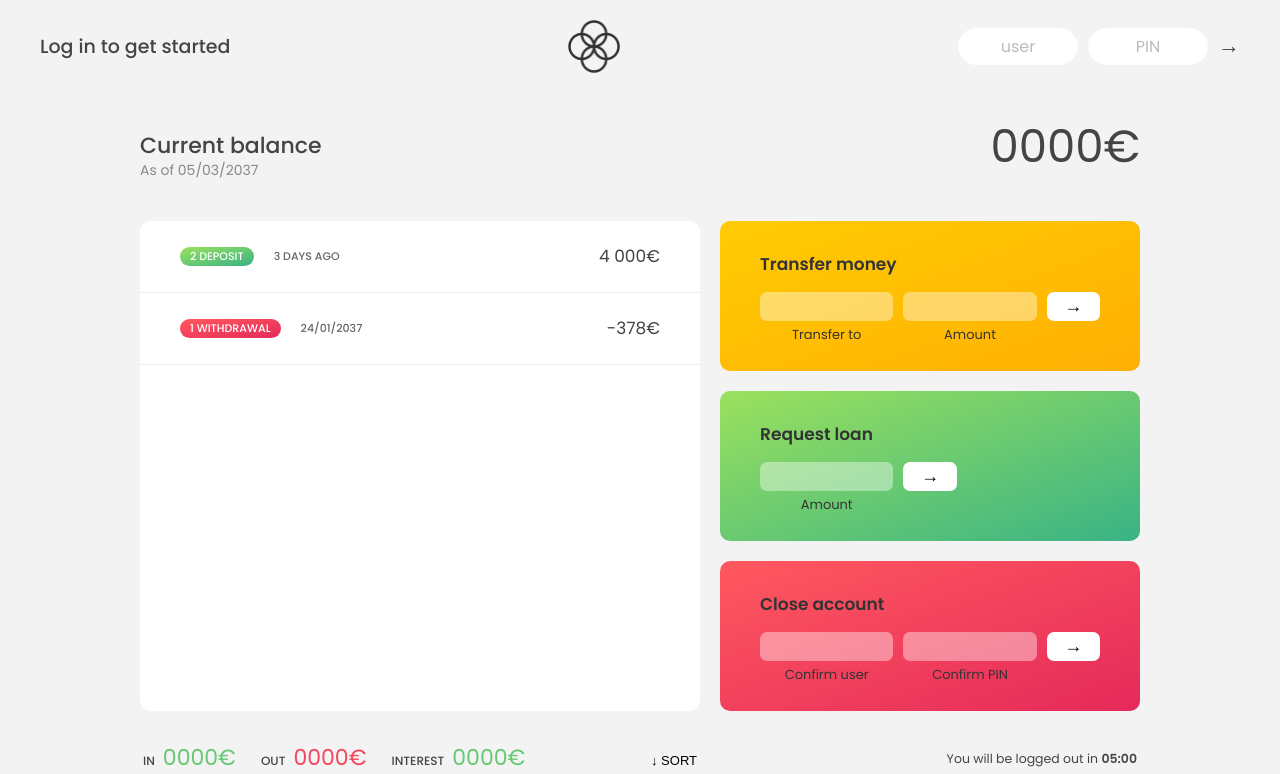
Repository: otvertka/jsc_11
Page: index.html
An editor plug-in stored every save of this project. The page is shown before and after the next save, followed by the edit.
The browser window is 1280 px wide. The pictures show the whole page.
An inner scrolling area shows only its first screen.

Above is the page before, as saved 2023-02-04 11:29:21.
Console error: SyntaxError: Malformed arrow function parameter list

### index.html
<!DOCTYPE html>
<html lang="en">
  <head>
    <meta charset="UTF-8" />
    <meta name="viewport" content="width=device-width, initial-scale=1.0" />
    <meta http-equiv="X-UA-Compatible" content="ie=edge" />
    <link rel="shortcut icon" type="image/png" href="/icon.png" />

    <link
      href="https://fonts.googleapis.com/css?family=Poppins:400,500,600&display=swap"
      rel="stylesheet"
    />

    <link rel="stylesheet" href="style.css" />
    <title>Bankist</title>
  </head>
  <body>
    <!-- TOP NAVIGATION -->
    <nav>
      <p class="welcome">Log in to get started</p>
      <img src="logo.png" alt="Logo" class="logo" />
      <form class="login">
        <input
          type="text"
          placeholder="user"
          class="login__input login__input--user"
        />
        <!-- In practice, use type="password" -->
        <input
          type="text"
          placeholder="PIN"
          maxlength="4"
          class="login__input login__input--pin"
        />
        <button class="login__btn">&rarr;</button>
      </form>
    </nav>

    <main class="app">
      <!-- BALANCE -->
      <div class="balance">
        <div>
          <p class="balance__label">Current balance</p>
          <p class="balance__date">
            As of <span class="date">05/03/2037</span>
          </p>
        </div>
        <p class="balance__value">0000€</p>
      </div>

      <!-- MOVEMENTS -->
      <div class="movements">
        <div class="movements__row">
          <div class="movements__type movements__type--deposit">2 deposit</div>
          <div class="movements__date">3 days ago</div>
          <div class="movements__value">4 000€</div>
        </div>
        <div class="movements__row">
          <div class="movements__type movements__type--withdrawal">
            1 withdrawal
          </div>
          <div class="movements__date">24/01/2037</div>
          <div class="movements__value">-378€</div>
        </div>
      </div>

      <!-- SUMMARY -->
      <div class="summary">
        <p class="summary__label">In</p>
        <p class="summary__value summary__value--in">0000€</p>
        <p class="summary__label">Out</p>
        <p class="summary__value summary__value--out">0000€</p>
        <p class="summary__label">Interest</p>
        <p class="summary__value summary__value--interest">0000€</p>
        <button class="btn--sort">&downarrow; SORT</button>
      </div>

      <!-- OPERATION: TRANSFERS -->
      <div class="operation operation--transfer">
        <h2>Transfer money</h2>
        <form class="form form--transfer">
          <input type="text" class="form__input form__input--to" />
          <input type="number" class="form__input form__input--amount" />
          <button class="form__btn form__btn--transfer">&rarr;</button>
          <label class="form__label">Transfer to</label>
          <label class="form__label">Amount</label>
        </form>
      </div>

      <!-- OPERATION: LOAN -->
      <div class="operation operation--loan">
        <h2>Request loan</h2>
        <form class="form form--loan">
          <input type="number" class="form__input form__input--loan-amount" />
          <button class="form__btn form__btn--loan">&rarr;</button>
          <label class="form__label form__label--loan">Amount</label>
        </form>
      </div>

      <!-- OPERATION: CLOSE -->
      <div class="operation operation--close">
        <h2>Close account</h2>
        <form class="form form--close">
          <input type="text" class="form__input form__input--user" />
          <input
            type="password"
            maxlength="6"
            class="form__input form__input--pin"
          />
          <button class="form__btn form__btn--close">&rarr;</button>
          <label class="form__label">Confirm user</label>
          <label class="form__label">Confirm PIN</label>
        </form>
      </div>

      <!-- LOGOUT TIMER -->
      <p class="logout-timer">
        You will be logged out in <span class="timer">05:00</span>
      </p>
    </main>

    <!-- <footer>
      &copy; by Jonas Schmedtmann. Don't claim as your own :)
    </footer> -->

    <script src="script.js"></script>
  </body>
</html>

### script.js
'use strict';

/////////////////////////////////////////////////
/////////////////////////////////////////////////

// /////////////////////////////////////////////////
// /////////////////////////////////////////////////
// // LECTURES

// const currencies = new Map([
//   ['USD', 'United States dollar'],
//   ['EUR', 'Euro'],
//   ['GBP', 'Pound sterling'],
// ]);

// const movements = [200, 450, -400, 3000, -650, -130, 70, 1300];

// /////////////////////////////////////////////////

// // 1
// let arr = ['a', 'b', 'c', 'd', 'e'];

// // SLICE . Метод slice() возвращает новый массив, содержащий копию части исходного массива.
// //// SYNTAX  arr.slice([begin[, end]])

// console.log(arr.slice(2)); // c, d, e
// console.log(arr);
// console.log(arr.slice(2, 4)); // c, d
// console.log(arr.slice(-2)); // d, e
// console.log(arr.slice(-1)); // LAST ELEM e
// console.log(arr.slice(1, -2)); // b, c

// console.log(arr.slice()); //  ['a', 'b', 'c', 'd', 'e']  Копирует весь массив
// console.log([...arr]); //  ['a', 'b', 'c', 'd', 'e']  Копирует весь массив SPREAD

// // SPLICE Метод splice() изменяет содержимое массива, удаляя существующие элементы и/или добавляя новые.
// // // SYNTAX  array.splice(start[, deleteCount[, item1[, item2[, ...]]]])

// // console.log(arr.splice(2)); // c, d, e
// arr.splice(-1); // удаляет последний элемент в массиве
// console.log(arr); //  ['a', 'b', 'c', 'd']
// arr.splice(1, 2); // удаляет 2 элемента , начиная с 1
// console.log(arr); // [a, d]

// // REVERSE  . Метод reverse() на месте обращает порядок следования элементов массива. Первый элемент массива становится последним, а последний — первым.
// ///// SYNTAX  array.reverse()

// arr = ['a', 'b', 'c', 'd', 'e'];
// const arr2 = ['j', 'i', 'h', 'g', 'f'];
// console.log(arr2.reverse()); //['f', 'g', 'h', 'i', 'j']
// console.log(arr2); // Изменяет основной массив ['f', 'g', 'h', 'i', 'j']

// // CONCAT / Метод concat() возвращает новый массив, состоящий из массива, на котором он был вызван,
// //             соединённого с другими массивами и/или значениями, переданными в качестве аргументов.
// // SYNTAX   var new_array = old_array.concat(value1[, value2[, ...[, valueN]]])

// const letters = arr.concat(arr2);
// console.log(letters); // ['a', 'b', 'c', 'd', 'e', 'f', 'g', 'h', 'i', 'j']
// console.log([...arr, ...arr2]); //  ['a', 'b', 'c', 'd', 'e', 'f', 'g', 'h', 'i', 'j']

// // JOIN  Метод join() объединяет все элементы массива (или массивоподобного объекта) в строку.
// // SYNTAX
// console.log(letters.join(' - ')); // a - b - c - d - e - f - g - h - i - j

// // LECtion 2 . at
// const arr = [23, 11, 64];
// console.log(arr[0]); // 23
// console.log(arr.at(0)); // 23 at position 0

// // получаем последний элем в массиве
// console.log(arr[arr.length - 1]); // 64
// console.log(arr.slice(-1)[0]); // получаем последний элем в массиве

// console.log(arr.at(-1)); // 64
// console.log('jonas'.at(0)); // j Также работает со строками

// LECT 3. Метод forEach() выполняет указанную функцию один раз для каждого элемента в массиве.
// SYNTAX .arr.forEach(function callback(currentValue, index, array) {
//your iterator
// }[, thisArg]);
// const movements = [200, 450, -400, 3000, -650, -130, 70, 1300];

// // for (const movement of movements) {
// for (const [i, movement] of movements.entries()) {
//   if (movement > 0) {
//     console.log(`Movement ${i + 1}: You deposited ${movement}`);
//   } else {
//     console.log(`Movement ${i + 1}: You withdrew ${Math.abs(movement)}`); // Math.abs - удалит знак МИНУС
//   }
// }
// console.log('----FOREACH-----');
// // callback Функция, которая будет вызвана для каждого элемента массива.
// movements.forEach(function (movement, index, array) {
//   if (movement > 0) {
//     console.log(`Movement ${index + 1}: You deposited ${movement}`);
//   } else {
//     console.log(`Movement ${index + 1}: You withdrew ${Math.abs(movement)}`); // Math.abs - удалит знак МИНУС
//   }
// });
// // 0: function(200)
// // 1: function(450)
// // 2: function(400)
// // ....

// LECT 4 . forEach with Map and Set

// const currencies = new Map([
//   ['USD', 'United States dollar'], // 'key', 'value'
//   ['EUR', 'Euro'],
//   ['GBP', 'Pound sterling'],
// ]);

// currencies.forEach(function (value, key, map) {
//   console.log(`${key}: ${value}`);
// });

// // Set
// const currenciesUnique = new Set(['USD', 'GBP', 'USD', 'EUR', 'EUR']);
// console.log(currenciesUnique); // {'USD', 'GBP', 'EUR'}

// currenciesUnique.forEach(function (value, _, map) {
//   console.log(`${value}: ${value}`); // USD: USD ,GBP: GBP ,EUR: EUR
// });
//////////////////////////////////////////////////////////////////////////////////////////////

// BANKIST APP

// Data
const account1 = {
  owner: 'Jonas Schmedtmann',
  movements: [200, 450, -400, 3000, -650, -130, 70, 1300],
  interestRate: 1.2, // %
  pin: 1111,
};

const account2 = {
  owner: 'Jessica Davis',
  movements: [5000, 3400, -150, -790, -3210, -1000, 8500, -30],
  interestRate: 1.5,
  pin: 2222,
};

const account3 = {
  owner: 'Steven Thomas Williams',
  movements: [200, -200, 340, -300, -20, 50, 400, -460],
  interestRate: 0.7,
  pin: 3333,
};

const account4 = {
  owner: 'Sarah Smith',
  movements: [430, 1000, 700, 50, 90],
  interestRate: 1,
  pin: 4444,
};

const accounts = [account1, account2, account3, account4];

// Elements
const labelWelcome = document.querySelector('.welcome');
const labelDate = document.querySelector('.date');
const labelBalance = document.querySelector('.balance__value');
const labelSumIn = document.querySelector('.summary__value--in');
const labelSumOut = document.querySelector('.summary__value--out');
const labelSumInterest = document.querySelector('.summary__value--interest');
const labelTimer = document.querySelector('.timer');

const containerApp = document.querySelector('.app');
const containerMovements = document.querySelector('.movements');

const btnLogin = document.querySelector('.login__btn');
const btnTransfer = document.querySelector('.form__btn--transfer');
const btnLoan = document.querySelector('.form__btn--loan');
const btnClose = document.querySelector('.form__btn--close');
const btnSort = document.querySelector('.btn--sort');

const inputLoginUsername = document.querySelector('.login__input--user');
const inputLoginPin = document.querySelector('.login__input--pin');
const inputTransferTo = document.querySelector('.form__input--to');
const inputTransferAmount = document.querySelector('.form__input--amount');
const inputLoanAmount = document.querySelector('.form__input--loan-amount');
const inputCloseUsername = document.querySelector('.form__input--user');
const inputClosePin = document.querySelector('.form__input--pin');

const displayMovements = function (movements) {
  containerMovements.innerHTML = ''; // очищаем поля Расходы Прибыль

  movements.forEach(function (mov, i) {
    // Заполняем данные из массива Movements
    // аналог .....  .textContent = 0;
    const type = mov > 0 ? 'deposit' : 'withdrawal';
    const html = `
  <div class="movements__row">
    <div class="movements__type movements__type--${type}">${i + 1} ${type}</div>
    <div class="movements__value">${mov}€</div>
    </div>
  `;

    containerMovements.insertAdjacentHTML('afterbegin', html);
  });
};

displayMovements(account1.movements);

// LECT 10 REDUCE
const calcDisplayBalance = function (movements) {
  const balance = movements.reduce((accum, mov) => accum + mov, 0);
  labelBalance.textContent = `${balance} €`;
};
calcDisplayBalance(account1.movements);

// LECT 11 The Magic of Chaining Methods

const calcDisplaySummary = function (movements) {
  const incomes = movements
    .filter(mov => mov > 0)
    .reduce((acc, mov) => acc + mov, 0);
  labelSumIn.textContent = `${incomes}€`;

  const out = movements
    .filter(mov => mov < 0)
    .reduce((acc, mov) => acc + mov, 0);
  labelSumOut.textContent = `${Math.abs(out)}€`;

  // Проценты с депозита (Interest)
  const interest = movements
    .filter(mov => mov > 0)
    .map(deposit => (deposit * 1.2) / 100)
    .filter((int, i, arr) => {
      console.log(arr);
      return int >= 1; // исключили , где процент меньше 1
    })
    .reduce((acc, int) => acc + int);
  labelSumInterest.textContent = `${interest}€`;
};
// calcDisplaySummary(account1.movements);

// const eurToUsd = 1.1;
// console.log(movements);
// // PIPELINE трубопровод
// const totalDepositUSD = movements
//   .filter(mov => mov > 0)
//   .map((mov, i, arr) => {
//     // console.log(arr);
//     return mov * eurToUsd;
//   })
//   // .map(mov => mov * eurToUsd)
//   .reduce((acc, mov) => acc + mov, 0);
// console.log(totalDepositUSD);

// LECT 8. Computing user names
//  добавляем новое свойство username ='stw' -сокращенные имена в объекты
const createUsernames = function (accs) {
  accs.forEach(function (acc) {
    // используем FOREACH,а не Map,
    acc.username = acc.owner // т.к не хотим создавать новый массив, а добавляем новое свойство username ='stw' -сокращенные имена
      .toLowerCase()
      .split(' ')
      .map(name => name[0])
      .join('');
  });
};

createUsernames(accounts);

// console.log(accounts);

// console.log(containerMovements.innerHTML);

// LECT5.
//  CHALANGE #1
// [3,5,2,12,7] , [4,1, 15,8,3]
// [9,16, 6, 8,3], [10,5,6,1,4]

// const checkDogs = function (dogsJulia, dogsKate) {
//   // Jonas version:
//   // const dogsJuliaCorrected = dogsJulia.slice();
//   // dogsJuliaCorrected.splice(0,1);
//   // dogsJuliaCorrected.splice(-2);
//   // console.log(dogsJuliaCorrected);

//   const juliaCopy = dogsJulia.slice();
//   const juliaCorrecteded = juliaCopy.splice(1, `${juliaCopy.length}` - 3, -1); // удаляем Первый и Последний элем (средний параметр это длина всей строки - 3 элеммента)

//   const allDogs = juliaCorrecteded.concat(dogsKate); // Объединили 2 массива
//   allDogs.forEach(function (dog, index) {
//     //  callback Функция, которая будет вызвана для каждого элемента массива.
//     if (dog >= 3) {
//       console.log(
//         `Dog number ${index + 1} is an adult and is ${dog} years old`
//       );
//     } else {
//       console.log(
//         `Dog number ${index + 1} is still a puppy 🐶 and is ${dog} years old`
//       );
//     }
//   });
//   console.log(allDogs);
// };
// // checkDogs([3, 5, 2, 12, 7], [4, 1, 15, 8, 3]);
// checkDogs([9, 16, 6, 8, 3], [10, 5, 6, 1, 4]);

////////////////////////////
// CHALANGE #2 Мой вариант
// const ages = [5, 2, 4, 1, 15, 8, 3];

// const calcAverageHumanAge = ages.map(function (age) {
//   if (age <= 2) {
//     return age * 2;
//   } else {
//     return age * 4 + 16;
//   }
// });

// console.log(calcAverageHumanAge);
// const adultDogs = calcAverageHumanAge.filter(humanAge => humanAge > 18);

// console.log(adultDogs);
// const averageAge =
//   adultDogs.reduce((accum, cur) => accum + cur, 0) / adultDogs.length;
// console.log(averageAge);

// ///// ////////// ///////// //     CHALANGE # 2  JONAS VERS!!!!!
// const calcAverageHumanAge = function (ages) {
//   const humanAges = ages.map(age => (age <= 2 ? 2 * age : 16 + age * 4));
//   const adults = humanAges.filter(age => age >= 18);
//   const average = adults.reduce((accum, age) => accum + age, 0) / adults.length;
//   // аналогично можно так сразу делить  2, 3 (2+3)/2 = 2.5 === 2/2 +3/2 = 2.5;
//   // const averag = adults.reduce((acc, age, i, arr) => acc +age/ arr.length, 0);
//   console.log(average);
//   return average;
// };
// const avg1 = calcAverageHumanAge([5, 2, 4, 1, 15, 8, 3]);
// const avg2 = calcAverageHumanAge([16, 6, 10, 5, 6, 1, 4]);
// console.log(age);

const calcAverageHumanAge = ages => {
  ages
    .map(age => (age <= 2 ? 2 * age : 16 + age * 4))
    .filter((age, i, arr) => {
      console.log(age);
      return age >= 18;
    })
    .reduce(accum, age,i, arr ) => {
      console.log(arr);
      return accum + age, 0/ ages.length;
    }
  // console.log(ages);
};
const avg1 = calcAverageHumanAge([5, 2, 4, 1, 15, 8, 3]);
// const avg2 = calcAverageHumanAge([16, 6, 10, 5, 6, 1, 4]);
console.log(avg1);
// console.log(age);
////////////////////////////

// LECT 7. MAP method

const movements = [200, 450, -400, 3000, -650, -130, 70, 1300];
// const eurToUsd = 1.1;

// const movementsUSD = movements.map(mov => mov * eurToUsd); // аналог через СТРЕЛОЧНУЮ ф-ю
// // movements.map(function (mov) {
// //   return mov * eurToUsd;
// // });
// console.log(movements);
// console.log(movementsUSD); // 220 , 495, -440, 3300...

// const movementsUSDfor = [];
// for (const mov of movements) {
//   movementsUSDfor.push(mov * eurToUsd);
// }
// console.log(movementsUSDfor); // 220 , 495, 440, 3300...

// const movementsDescriptions = movements.map(
//   (mov, index) =>
//     `Movement ${index + 1}: You ${
//       mov > 0 ? 'deposited' : 'withdrew'
//     } ${Math.abs(mov)}`
// );
// // if (mov > 0) {
// //   return `Movement ${index + 1}: You deposited ${mov}`;
// // } else {
// //   return `Movement ${index + 1}: You withdrew ${Math.abs(mov)}`; // Math.abs - удалит знак МИНУС
// // }

// console.log(movementsDescriptions);

// LECT 9 FILTER method
// Метод filter() создаёт новый массив со всеми элементами, прошедшими проверку, задаваемую в передаваемой функции.
// SYNTAX
// Стрелочная функция
// filter((element) => { ... } )
// filter((element, index) => { ... } )
// filter((element, index, array) => { ... } )

// // Колбэк-функция
// filter(callbackFn)
// filter(callbackFn, thisArg)

// // Встроенная колбэк-функция
// filter(function callbackFn(element) { ... })
// filter(function callbackFn(element, index) { ... })
// filter(function callbackFn(element, index, array){ ... })
// filter(function callbackFn(element, index, array) { ... }, thisArg)

/// ПРИМЕР
// const movements = [200, 450, -400, 3000, -650, -130, 70, 1300];
// const deposits = movements.filter(function (mov) {
//   return mov > 0;
// });
// console.log(deposits); // [200, 450, 3000, 70, 1300]

// //аналогично с FOR
// const depositsFOR = [];
// for (const mov of movements) {
//   if (mov > 0) {
//     depositsFOR.push(mov);
//   }
// }
// console.log(depositsFOR); // [200, 450, 3000, 70, 1300]

// // FILTER method
// const withdrawals = movements.filter(mov => mov < 0);
// console.log(withdrawals); // [-400, -650, -130]

// LECT 10 . REDUCE method . Метод reduce() применяет функцию reducer к каждому элементу массива (слева-направо), возвращая одно результирующее значение.
// SYNTAX  array.reduce(callback[, initialValue])

// const movements = [200, 450, -400, 3000, -650, -130, 70, 1300];
// console.log(movements);

// // accumulator -> SNOWBALL
// // const balance = movements.reduce(function (accum, cur, i, arr) {
// //   console.log(`Iteration ${i}: ${accum}`);
// //   return accum + cur; // callback функция - это 1 параметр, Аккумулируется значение
// // }, 0); // 0 -initialValue стартовое значение

// // Через СТРЕЛОЧНУЮ ФУНКЦИЮ
// const balance = movements.reduce((accum, cur) => accum + cur, 0);
// console.log(balance); // 3840

// // аналог с FOR
// let balance2 = 0;
// for (const mov of movements) balance2 += mov;
// console.log(balance2); // 3840

// // Maximum value
// const max = movements.reduce((acc, mov) => {
//   if (acc > mov) return acc;
//   else return mov;
// }, movements[0]);
// console.log(max);

Loaded but not shown: style.css (297 lines, source omitted)

After the next save:
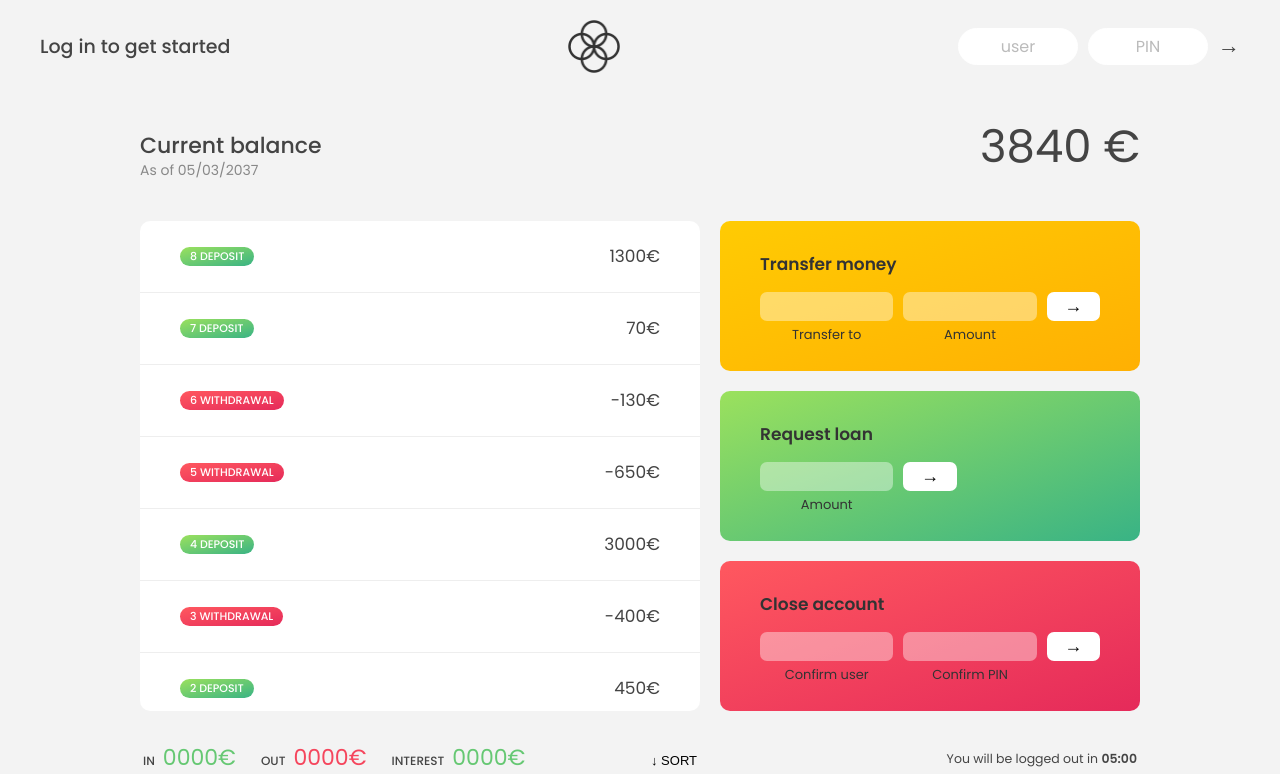
The error is gone.
Saved 92 s later.
--- a/script.js
+++ b/script.js
@@ -334,18 +334,28 @@ createUsernames(accounts);
 // const avg2 = calcAverageHumanAge([16, 6, 10, 5, 6, 1, 4]);
 // console.log(age);
 
+// const calcAverageHumanAge = ages => {
+//   ages
+//     .map(age => (age <= 2 ? 2 * age : 16 + age * 4))
+//     .filter((age, i, arr) => {
+//       console.log(age);
+//       return age >= 18;
+//     })
+//     .reduce(accum, age,i, arr ) => {
+//       console.log(arr);
+//       return accum + age, 0/ ages.length;
+//     }
+//   // console.log(ages);
+// };
+
 const calcAverageHumanAge = ages => {
   ages
     .map(age => (age <= 2 ? 2 * age : 16 + age * 4))
     .filter((age, i, arr) => {
       console.log(age);
       return age >= 18;
-    })
-    .reduce(accum, age,i, arr ) => {
-      console.log(arr);
-      return accum + age, 0/ ages.length;
-    }
-  // console.log(ages);
+    });
+  return ages;
 };
 const avg1 = calcAverageHumanAge([5, 2, 4, 1, 15, 8, 3]);
 // const avg2 = calcAverageHumanAge([16, 6, 10, 5, 6, 1, 4]);
